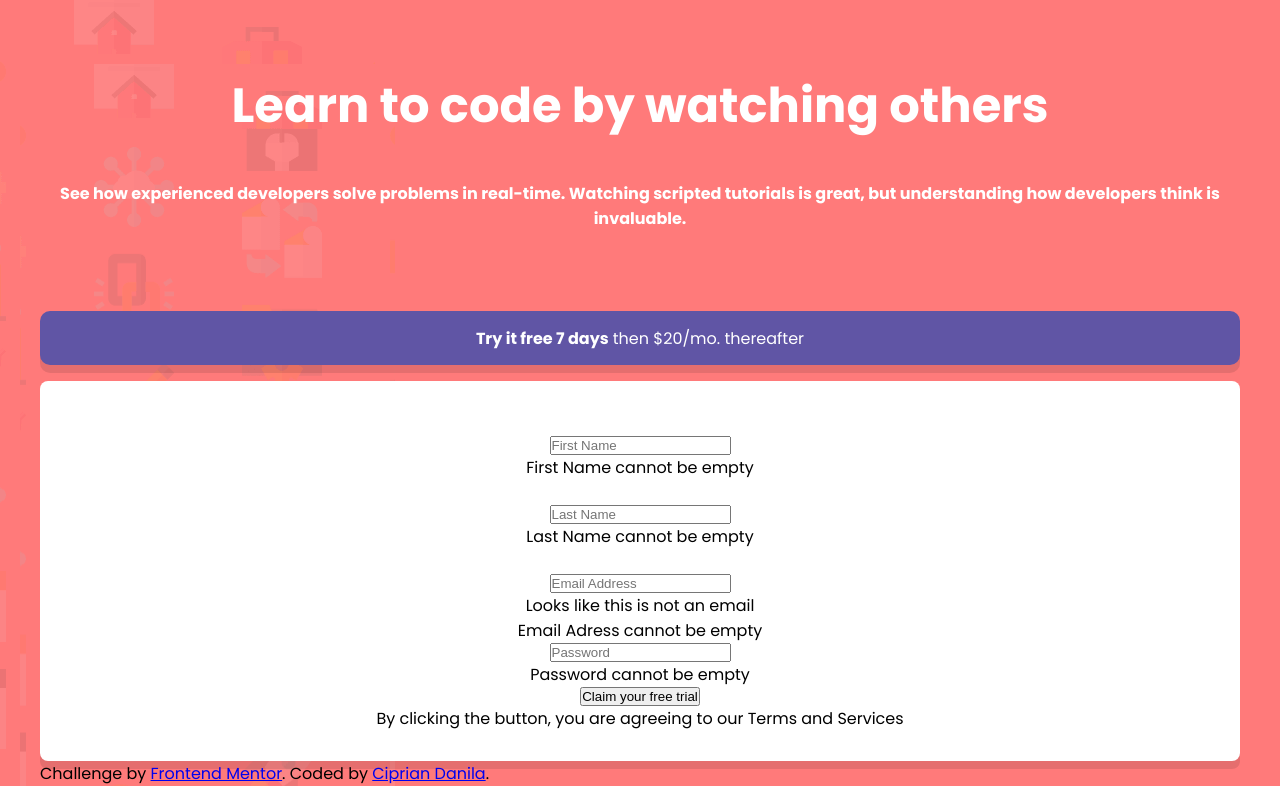
Repository: cipdanila/intro-component-with-sign-up-form
Page: index.html
An editor plug-in stored every save of this project. The page is shown before and after the next save, followed by the edit.
The browser window is 1280 px wide. The pictures show the whole page.

Above is the page before, as saved 2024-02-14 19:04:06.

After the next save:
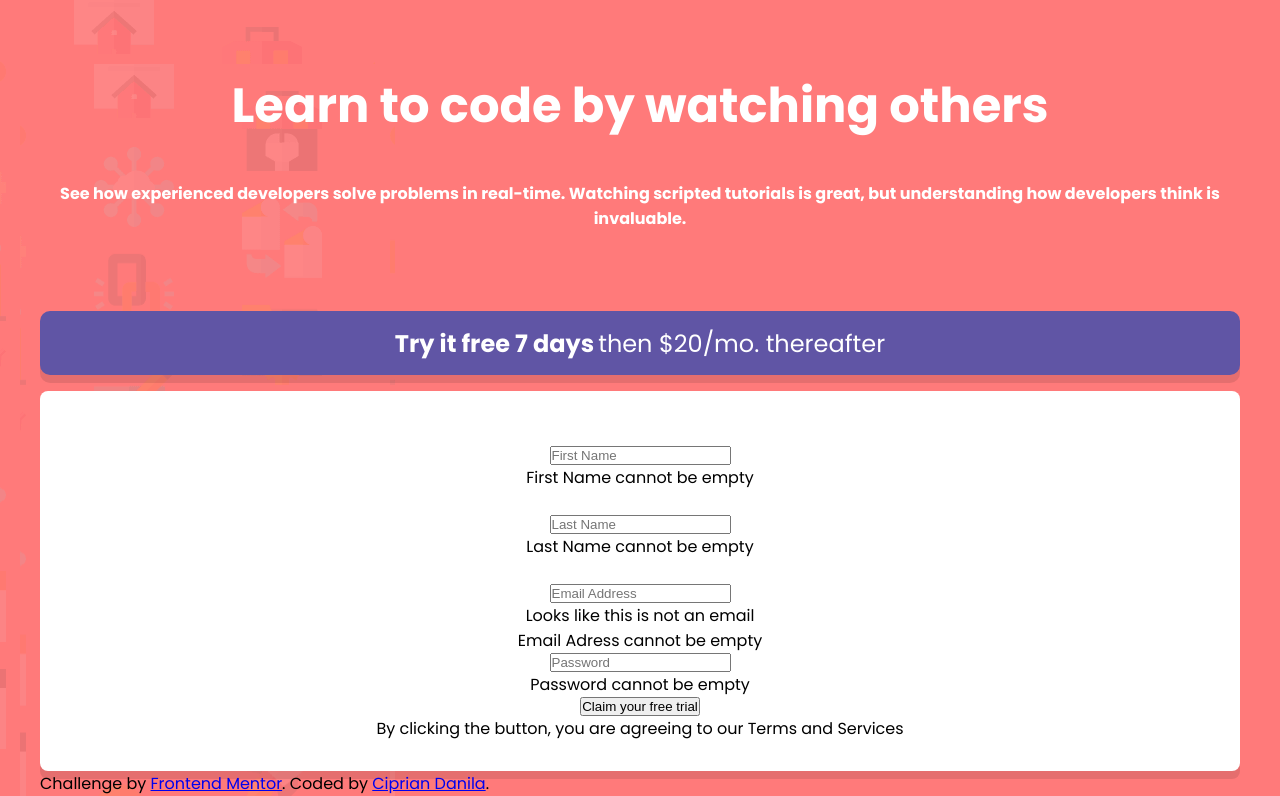
Saved 114 s later.
--- a/css/styles.css
+++ b/css/styles.css
@@ -54,7 +54,7 @@
 
 .price-title {
     width: 100%;
-    font-size: 1rem;
+    font-size: clamp();
     font-weight: 400;
     background-color: var(--blue);
     color: var(--white);

After the 3 saves that followed:
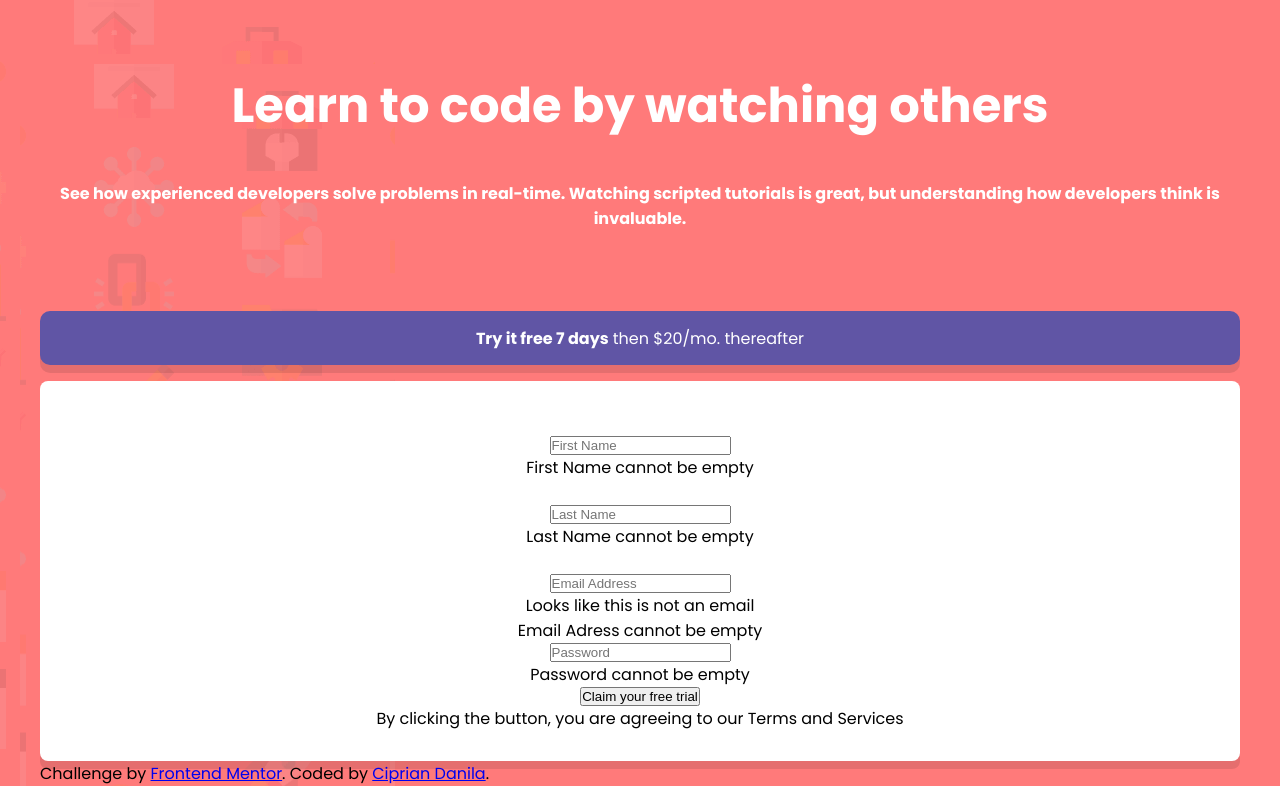
The 3 saves are shown as one change because 2 left the picture as it was.
The last was saved 44 s later.
--- a/css/styles.css
+++ b/css/styles.css
@@ -54,7 +54,7 @@
 
 .price-title {
     width: 100%;
-    font-size: clamp();
+    font-size: 1rem;
     font-weight: 400;
     background-color: var(--blue);
     color: var(--white);
